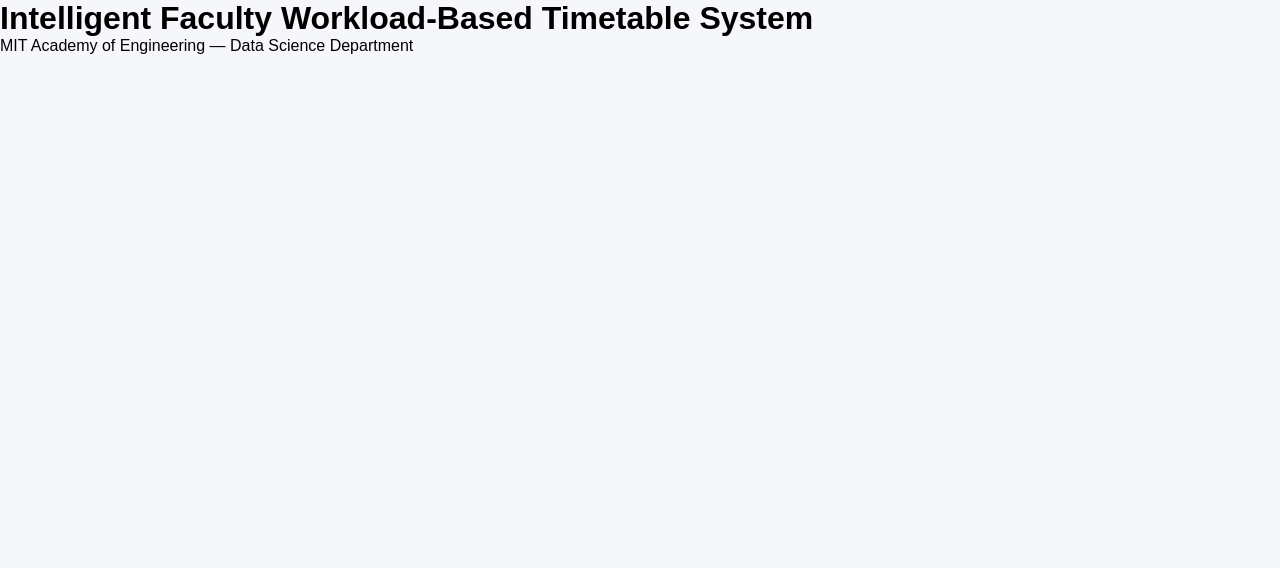
Repository: palak-surana/Intelligent-Timetable-System
Page: / (app in frontend/)
An editor plug-in stored every save of this project. The page is shown before and after the next save, followed by the edit.
The browser window is 1280 px wide. The pictures show the whole page.
The project was rebuilt for these pictures with package versions that can differ from the ones it lists, and the page was loaded fresh each time. Also part of the build but not shown: frontend/vite.config.js.

Above is the page before, as saved 2026-08-15 21:48:40.

### frontend/src/index.css
* {
  margin: 0;
  padding: 0;
  box-sizing: border-box;
}

body {
  font-family: Arial, sans-serif;
  background: #f5f7fb;
}

### frontend/src/App.jsx
function App() {
  return (
    <div>
      <h1>Intelligent Faculty Workload-Based Timetable System</h1>
      <p>MIT Academy of Engineering — Data Science Department</p>
    </div>
  );
}

export default App;

### frontend/src/components/Sidebar.jsx
function Sidebar() {
  return (
    <aside className="sidebar">
      <h2>Timetable AI</h2>

      <nav>
        <div className="nav-item active">Dashboard</div>
        <div className="nav-item">Faculty</div>
        <div className="nav-item">Classes</div>
        <div className="nav-item">Subjects</div>
        <div className="nav-item">Timetable</div>
        <div className="nav-item">Workload</div>
        <div className="nav-item">Rooms</div>
      </nav>
    </aside>
  );
}

export default Sidebar;

### frontend/src/components/Navbar.jsx
function Navbar() {
  return (
    <header className="navbar">
      <div>
        <h3>Data Science Department</h3>
        <p>MIT Academy of Engineering</p>
      </div>

      <div className="admin">
        Admin
      </div>
    </header>
  );
}

export default Navbar;

### frontend/src/pages/Dashboard.jsx
function Dashboard() {
  return (
    <main className="dashboard">
      <h1>Dashboard</h1>

      <p className="welcome">
        Intelligent Faculty Workload-Based Timetable Generation System
      </p>

      <div className="stats">
        <div className="card">
          <h2>3</h2>
          <p>Classes</p>
        </div>

        <div className="card">
          <h2>0</h2>
          <p>Faculty</p>
        </div>

        <div className="card">
          <h2>0</h2>
          <p>Subjects</p>
        </div>

        <div className="card">
          <h2>1</h2>
          <p>Classroom</p>
        </div>
      </div>

      <div className="department-card">
        <h2>Data Science Department</h2>

        <div className="classes">
          <div>1st Year</div>
          <div>2nd Year</div>
          <div>3rd Year</div>
        </div>
      </div>
    </main>
  );
}

export default Dashboard;

Loaded but not shown: frontend/src/main.jsx (common file)

After the next save:
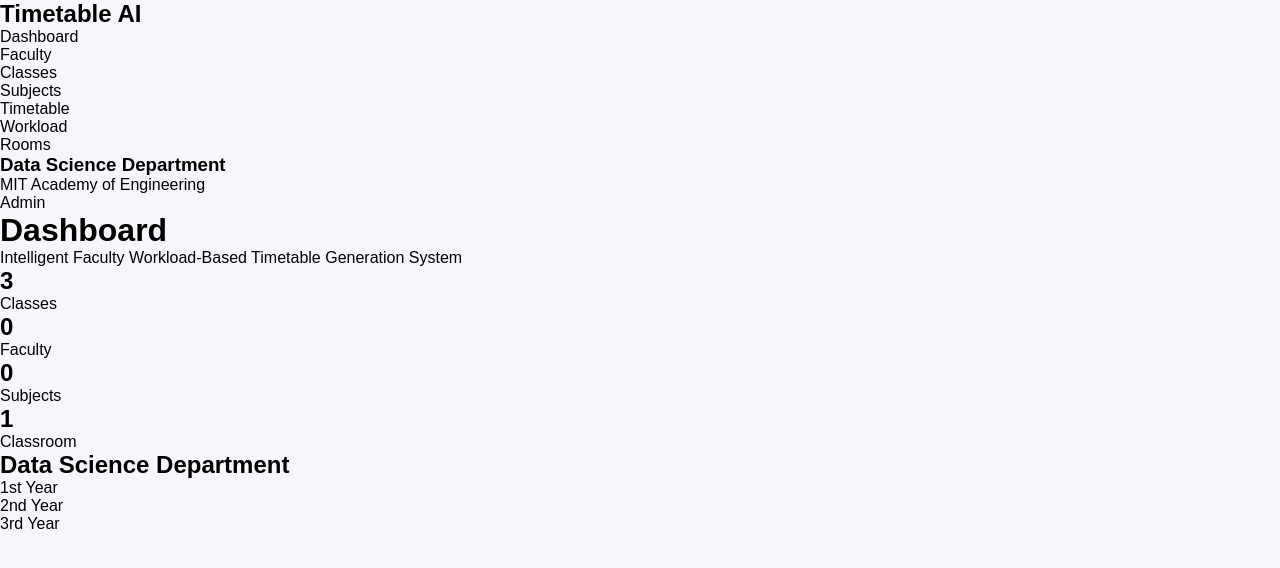
Saved 51 s later.
--- a/frontend/src/App.jsx
+++ b/frontend/src/App.jsx
@@ -1,8 +1,16 @@
+import Sidebar from "./components/Sidebar";
+import Navbar from "./components/Navbar";
+import Dashboard from "./pages/Dashboard";
+
 function App() {
   return (
-    <div>
-      <h1>Intelligent Faculty Workload-Based Timetable System</h1>
-      <p>MIT Academy of Engineering — Data Science Department</p>
+    <div className="app">
+      <Sidebar />
+
+      <div className="main">
+        <Navbar />
+        <Dashboard />
+      </div>
     </div>
   );
 }
